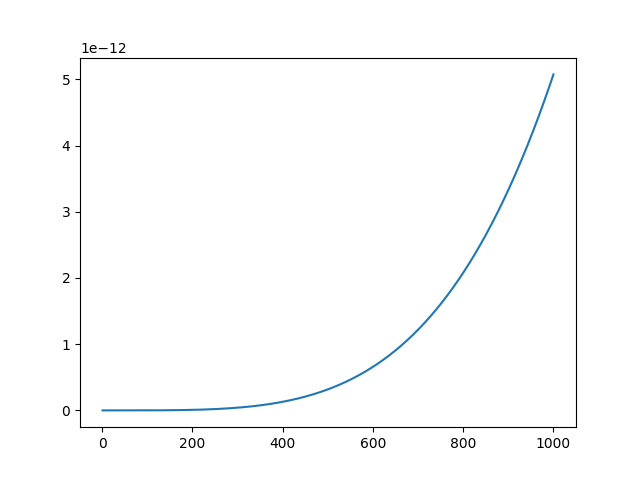
Repository: MichaelCullen2011/QuantumAndNeutrinos
Script's output: python neutrinos.py
An editor plug-in stored every save of this project. The script's output is shown before and after the next save, followed by the edit.
Random numbers start from a fixed seed.

Above is the script's output before, as saved 2021-06-02 10:10:51.

After the next save:
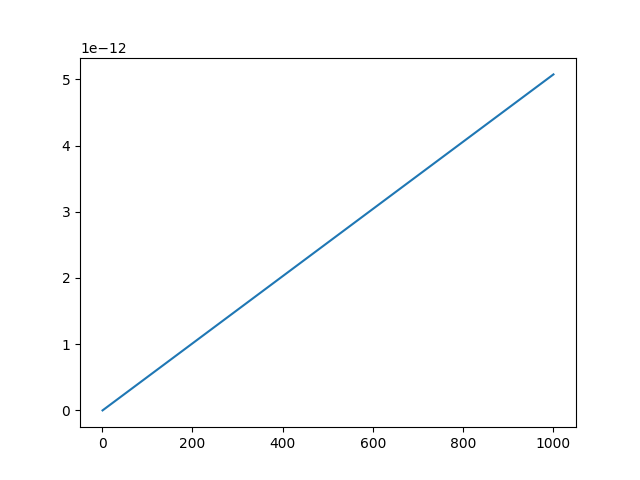
Saved 5 min 29 s later.
--- a/neutrinos.py
+++ b/neutrinos.py
@@ -269,6 +269,11 @@ def gate_cs(all_cs):
         print(f"{key}: {value}")
     return gate_reactions
 
+
+def plot_energies(energy_reactions):
+
+    plt.plot(energy_reactions.keys(), energy_reactions.values(), '-')
+    return energy_reactions
 
 '''
 Wave Functions (for plotting)
@@ -362,7 +367,7 @@ Running
 
 # WaveFunctions(accuracy=20)      # Currently Broken. Doesnt plot correctly # Accuracy is the number of points within the range
 
-energy_list = np.linspace(1, 1000, 1000)       # in GeV
+energy_list = np.linspace(1, 1000, 2)       # in GeV
 energy_reactions = {keys: [] for keys in energy_list}
 for energy in energy_list:
     leptons = {'e': [], 'u': []}
@@ -372,6 +377,7 @@ for energy in energy_list:
 
     all_cs = combine_cs(leptons['e'], leptons['u'])
     gate_reactions = gate_cs(all_cs)
+    print(gate_reactions)
     all_values = [values for values in gate_reactions.values()]
     print(f"Average Prob for {energy} GeV: ", np.average(all_values))
     energy_reactions[energy] = np.average(all_values)
